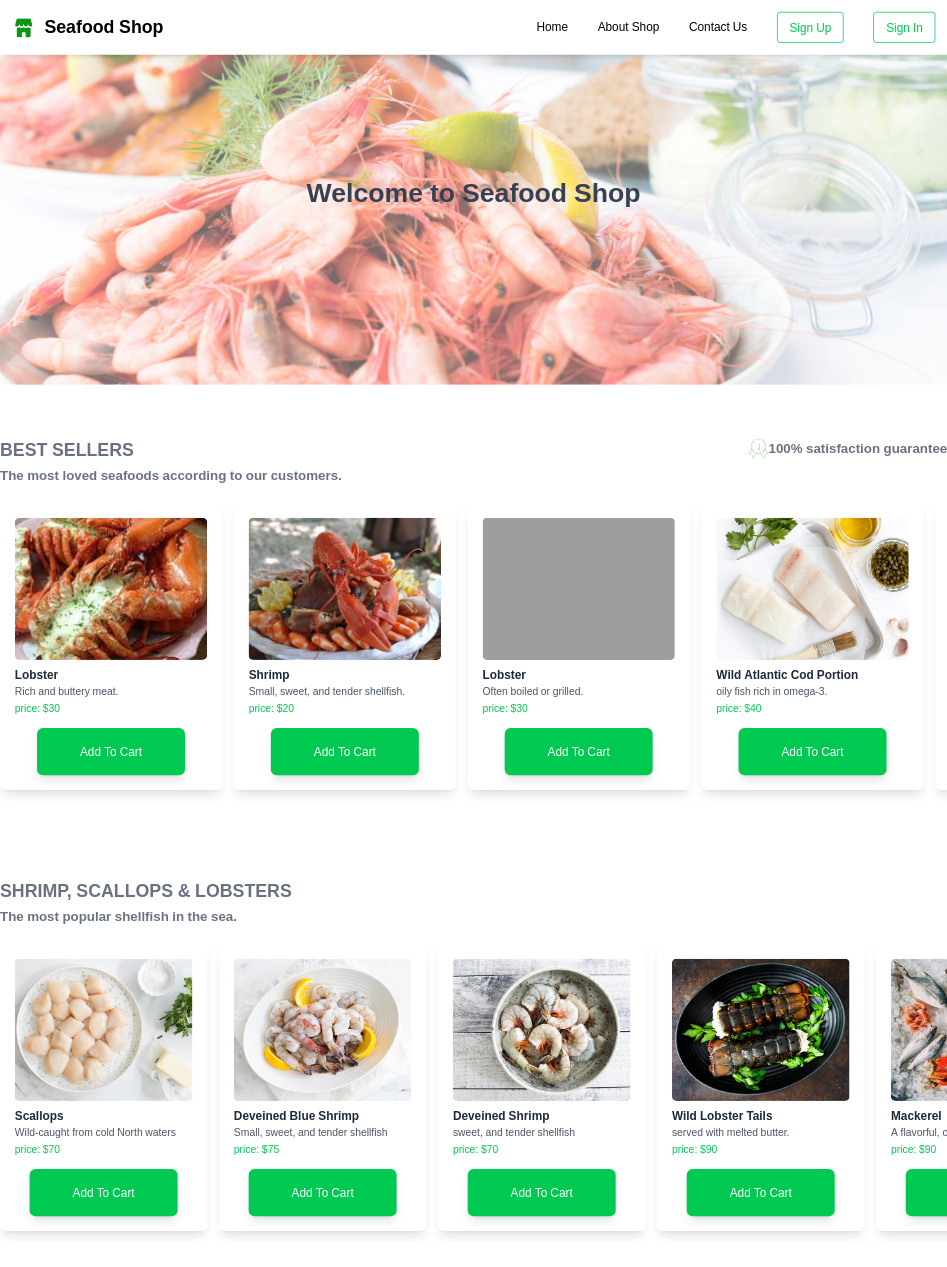
Repository: KongRucifer/SeaFood-Shop
Page: /modules/home/views
These files come from the project's save history. The page is drawn as it stood at one moment and after the next save; the edit follows.
The browser window is 1280 px wide. The pictures show the part of the page from y = 0 to 1712 px (the page is 3316 px tall), at 74% of full size.
Pictures or frames that could not be fetched are drawn as grey boxes. The project was rebuilt for these pictures with package versions that can differ from the ones it lists, and the page was loaded fresh each time. The framework's server and built-in components were replaced by stand-ins that run in the browser. Also part of the build but not shown: next.config.ts.

Above is the page before, as saved 2025-06-25 20:40:31.

### src/app/layout.tsx
import type { Metadata } from "next";
import { Geist, Geist_Mono } from "next/font/google";
import "./globals.css";
import Navbar from "@/app/components/Navbar";
import Footer from "@/app/components/Footer";
import { Noto_Sans_Lao } from 'next/font/google';
 const geistSans = Geist({
  variable: "--font-geist-sans",
  subsets: ["latin"],
});

const geistMono = Geist_Mono({
  variable: "--font-geist-mono",
  subsets: ["latin"],
});
const notoSansLao = Noto_Sans_Lao({
  subsets: ['lao'],
  weight: ['400', '700'],
  variable: '--font-noto-sans-lao',
  display: 'swap',
});
export const metadata: Metadata = {
  title: "ຮ້ານຂາຍອາຫານທະເລ - ໜ້າທຳອິດ | Seafood Shop",
  description:
    "ຮ້ານຂາຍອາຫານທະເລອອນໄລ ໜ້າທຳອິດ ລວມອາຫານທະເລຫຼາກຫຼາຍ ເຊັ່ນ ປາ, ປູ, ກຸ້ງ ແລະ ອາຫານທະເລອື່ນໆ ສາມາດສັ່ງຊື້ໃນເວັບໄຊໄດ້ ມີບໍລິການສົ່ງໄປເຖີງທີ່ ສາມາດເຮັດ ການໂອນເງິນ ທີ່ເວັບໄຊທ໌ຂອງພວກເຮົາ",
  keywords:
    "ອາຫານທະເລ ອອນໄລ, ຮ້ານຂາຍອາຫານທະເລ, ສັ່ງອາຫານທະເລ, ອາຫານທະເລສົ່ງໄວທັນໃຈ",
  authors: [{ name: "kong mong thao" }],
  publisher: "Super Shop SeaFood",
  robots: {
    index: true,
    follow: true,
  },
  openGraph: {
    title: "ຮ້ານຂາຍອາຫານທະເລ - ໜ້າທຳອິດ | Seafood Shop",
    description:
      "ສັ່ງຊື້ອາຫານທະເລ ລາຄາຖືກ ສົ່ງໄວ ທັນໃຈ ສາມາດໂອນເງີນ ປາຍທາງໄດ້",
    url: "http://localhost:3000/images/fish.jpeg",
    siteName: "Seafood Shop",
    locale: "th_TH",
    type: "website",
    images: [
      {
        url: "http://localhost:3000/images/myshopSeafood.jpeg",
        width: 1200,
        height: 630,
        alt: "Food Shop Image",
      },
    ],
  },
  twitter: {
    card: "summary_large_image",
    title: "ຮ້ານຂາຍອາຫານທະເລ - ໜ້າທຳອິດ | Seafood Shop",
    description:
      "ສັ່ງຊື້ອາຫານທະເລ ລາຄາຖືກ ສົ່ງໄວ ທັນໃຈ ມີບໍລິການໂອນເງີນ ປາຍທາງ",
    images: ["http://localhost:3000/images/seafood2.jpeg"],
  },
  alternates: {
    canonical: "https://yourdomain.com/",
  },

}
export const viewport = {
  width: 'device-width',
  initialScale: 1,
};
export default function RootLayout({
  children,
}: Readonly<{
  children: React.ReactNode;
}>) {
  return (
    <html lang="lo" className={notoSansLao.variable}>
      <body
        className={`${geistSans.variable} ${geistMono.variable} antialiased`}
      >
        <Navbar />
        {children}
        <Footer />
      </body>
    </html>
  );
}

### src/app/modules/home/views/page.tsx
import Banner from "@/app/modules/home/components/Banner.component";
import Best_Sellers from "@/app/modules/home/components/Best_Sellers.component";
import Popular_Shellfish from "@/app/modules/home/components/Popular_Shellfish.component";
import Fulton_Finsider from "@/app/modules/home/components/Fulton_Finsider.component";
import Healthy_Meals from "@/app/modules/home/components/Healthy_Meals.component";
export default function Home() {
  return (
    <div className="flex flex-col items-center justify-center ">
      <Banner />
      <Best_Sellers />
      <Popular_Shellfish />
      <Fulton_Finsider />
      <Healthy_Meals />
    </div>
  );
}

### src/app/globals.css
 @import "tailwindcss";
 body {
  font-family: var(--font-noto-sans-lao), sans-serif;
}
@keyframes upDown {
  0% {
    transform: translateY(0);
  }
  50% {
    transform: translateY(-10px);
  }
  100% {
    transform: translateY(0);
  }
}

.hover-updown:hover {
  animation: upDown 1s ease-in-out infinite;
}

### src/app/components/Navbar.tsx
import Link from "next/link";

export default async function Navbar() {
  return (
    <nav className="bg-white border-gray-200 dark:bg-gray-900 shadow-md fixed top-0 left-0 z-50 w-full">
      <div className="container mx-auto">
        <div className=" flex flex-wrap items-center justify-between  p-4">
          <div className="flex items-center">
            <img
              src="/images/lets-icons_shop.png"
              className="h-8 mr-3"
              alt="Seafood Shop Logo"
            />
            <span className="self-center text-2xl font-semibold whitespace-nowrap dark:text-white">
              Seafood Shop
            </span>
          </div>
          <div className="flex justify-center items-center md:order-2 gap-10">
            <Link
              href="/"
              className="-pb-1 border-b-2 border-transparent hover:border-green-500 transition"
            >
              Home
            </Link>
            <Link
              href="/"
              className="-pb-1 border-b-2 border-transparent hover:border-green-500 transition"
            >
              About Shop
            </Link>
            <Link
              href="/"
              className="-pb-1 border-b-2 border-transparent hover:border-green-500 transition"
            >
              Contact Us
            </Link>
            <Link
              href="/"
              className="border border-green-500 text-green-500 px-4 py-2 rounded hover:bg-green-50 transition"
            >
              Sign Up
            </Link>
            <Link
              href="/"
              className="border border-green-500 text-green-500 px-4 py-2 rounded hover:bg-green-50 transition"
            >
              Sign In
            </Link>
          </div>
        </div>
      </div>
    </nav>
  );
}

### src/app/components/Footer.tsx
export default async function Footer() {
  return (
    <footer className="bg-black dark:bg-gray-900">
      <div className="max-w-screen-xl mx-auto container pt-4 pb-4 sm:items-center">
        <div>
          <div className="flex flex-col  md:flex-row justify-between  items-start md:items-center space-y-4 md:space-y-0 md:space-x-8 text-white mb-20 mt-15">
            <div>
              <h3 className="mb-5 text-green-500">FULTON FISH MARKET</h3>
              <div>
                <p className="text-md">
                  Opened in 1822, Lak 52 City's Fulton Fish Market is one of{" "}
                </p>
                <p className="text-md">
                  the oldest fish markets in Laos. We offer the world&apos;s
                </p>
                <p className="text-md">
                  largest assortment of seafood online. Order fresh, healthy,
                  and delicious
                </p>
                <p className="text-md">
                  {" "}
                  seafood directly from the market with next-day delivery to
                  your door.
                </p>
              </div>
            </div>
            <div>
              <h3 className="mb-3 text-green-500 ">LEARN ABOUT US</h3>
              <div>
                <ul>
                  <li className="cursor-pointer hover:text-gray-300 transition">
                    Home
                  </li>
                  <li className="cursor-pointer hover:text-gray-300 transition">
                    About Shop
                  </li>
                  <li className="cursor-pointer hover:text-gray-300 transition">
                    Contact Us
                  </li>
                  <li className="cursor-pointer hover:text-gray-300 transition">
                    Privacy Policy
                  </li>
                  <li className="cursor-pointer hover:text-gray-300 transition">
                    Terms of Service
                  </li>
                </ul>
              </div>
            </div>
            <div className="xl:-mt-10 lg:-mt-10 sm:mt-10 md:-mt-13    ">
              <div className="mb-2 text-green-500 flex items-center gap-1">
                <img
                  src="/images/star.png"
                  alt="no image star"
                  className="-mt-5"
                />
                <h3>SEAFOOD SHOP</h3>
              </div>
              <div>
                <h3 className="mb-5 text-green-500 items-center">Follow us</h3>
                <ul className="flex space-x-4 content-center">
                  <li>
                    <a
                      href="https://www.facebook.com"
                      target="_blank"
                      rel="noopener noreferrer"
                    >
                      <img
                        src="/images/facebook.png"
                        alt="Facebook"
                        className="w-6 h-6"
                      />
                    </a>
                  </li>
                  <li>
                    <a
                      href="https://www.instagram.com"
                      target="_blank"
                      rel="noopener noreferrer"
                    >
                      <img
                        src="/images/instagram.png"
                        alt="Instagram"
                        className="w-6 h-6"
                      />
                    </a>
                  </li>
                  <li>
                    <a
                      href="https://www.twitter.com"
                      target="_blank"
                      rel="noopener noreferrer"
                    >
                      <img
                        src="/images/twitter.png"
                        alt="Twitter"
                        className="w-6 h-6"
                      />
                    </a>
                  </li>
                </ul>
              </div>
            </div>
          </div>
          <div className="text-center text-gray-500 dark:text-gray-400">
            © {new Date().getFullYear()} Seafood Shop. All rights reserved.
          </div>
        </div>
      </div>
    </footer>
  );
}

### src/app/modules/home/components/Banner.component.tsx
import Image from "next/image";
export default async function Banner() {
  return (
    <div className="relative w-full h-130 r overflow-hidden mb-10">
      <img
        src="/images/food.jpg"
        alt="no image seafood"
        className="absolute inset-0 w-full h-full object-cover opacity-60"
      />
      <h1 className="relative z-10 flex items-center justify-center h-full text-4xl font-bold text-gray-700">
        Welcome to Seafood Shop
      </h1>
    </div>
  );
}

### src/app/modules/home/components/Popular_Shellfish.component.tsx
import Image from "next/image";
export default async function Popular_Shellfish() {
  return (
    <div className="container mx-auto py-8">
      <div>
        <h1 className="text-2xl font-bold mb-1 text-gray-500 ">
          SHRIMP, SCALLOPS & LOBSTERS
        </h1>
        <h2 className="text-lg font-bold mb-6 text-gray-500 ">
          The most popular shellfish in the sea.
        </h2>
      </div>
      <div className="flex overflow-x-auto space-x-4 pb-4">
        {/* Card 1 */}
        <div className="w-70 flex-shrink-0 bg-white rounded-lg shadow-lg p-5 transform transition duration-300 hover:scale-105">
          <div>
            <img
              src="/images/content3food.webp"
              alt="Seafood Dish 1"
              className="w-full h-48 object-cover rounded-md transition-transform duration-500 ease-in-out group-hover:scale-105"
            />
          </div>
          <div className="mt-2">
            <h4 className="font-semibold text-gray-800">Scallops</h4>
            <p className="text-sm text-gray-600">
              Wild-caught from cold North waters
            </p>
            <p className="text-sm text-green-500 mt-1">price: $70</p>
          </div>
          <div className="flex justify-center mt-4">
            <button className="min-w-[200px] flex-shrink-0  rounded-lg shadow-lg p-5 cursor-pointer bg-green-500 hover:bg-green-700 text-white transform transition duration-300 hover:scale-105">
              Add To Cart
            </button>
          </div>
        </div>

        {/* Card 2 */}
        <div className="w-70 flex-shrink-0 bg-white rounded-lg shadow-lg p-5 transform transition duration-300 hover:scale-105">
          <div>
            <img
              src="/images/content3foodd.webp"
              alt="Seafood Dish 2"
              className="w-full h-48 object-cover rounded-md"
            />
          </div>
          <div className="mt-2">
            <h4 className="font-semibold text-gray-800">
              {" "}
              Deveined Blue Shrimp
            </h4>
            <p className="text-sm text-gray-600">
              Small, sweet, and tender shellfish
            </p>
            <p className="text-sm text-green-500 mt-1">price: $75</p>
          </div>
          <div className="flex justify-center mt-4">
            <button className="min-w-[200px] flex-shrink-0  rounded-lg shadow-lg p-5 cursor-pointer bg-green-500 hover:bg-green-700 text-white transform transition duration-300 hover:scale-105">
              Add To Cart
            </button>
          </div>
        </div>

        {/* Card 3 */}
        <div className="w-70 flex-shrink-0 bg-white rounded-lg shadow-lg p-5 transform transition duration-300 hover:scale-105">
          <div>
            <img
              src="/images/content3fooddd.jpg"
              alt="Seafood Dish 3"
              className="w-full h-48 object-cover rounded-md"
            />
          </div>
          <div className="mt-2">
            <h4 className="font-semibold text-gray-800"> Deveined Shrimp</h4>
            <p className="text-sm text-gray-600">sweet, and tender shellfish</p>
            <p className="text-sm text-green-500 mt-1">price: $70</p>
          </div>
          <div className="flex justify-center mt-4">
            <button className="min-w-[200px] flex-shrink-0  rounded-lg shadow-lg p-5 cursor-pointer bg-green-500 hover:bg-green-700 text-white transform transition duration-300 hover:scale-105">
              Add To Cart
            </button>
          </div>
        </div>
        {/* Card 4 */}

        <div className="w-70 flex-shrink-0 bg-white rounded-lg shadow-lg p-5 transform transition duration-300 hover:scale-105">
          <div>
            <img
              src="/images/content3fooddt.webp"
              alt="Seafood Dish 3"
              className="w-full h-48 object-cover rounded-md"
            />
          </div>
          <div className="mt-2">
            <h4 className="font-semibold text-gray-800">Wild Lobster Tails</h4>
            <p className="text-sm text-gray-600">served with melted butter.</p>
            <p className="text-sm text-green-500 mt-1">price: $90</p>
          </div>
          <div className="flex justify-center mt-4">
            <button className="min-w-[200px] flex-shrink-0  rounded-lg shadow-lg p-5 cursor-pointer bg-green-500 hover:bg-green-700 text-white transform transition duration-300 hover:scale-105">
              Add To Cart
            </button>
          </div>
        </div>
        {/* Card 5 */}

        <div className="w-70 flex-shrink-0 bg-white rounded-lg shadow-lg p-5 transform transition duration-300 hover:scale-105">
          <div>
            <img
              src="/images/seafood2.jpeg"
              alt="Seafood Dish 3"
              className="w-full h-48 object-cover rounded-md"
            />
          </div>
          <div className="mt-2">
            <h4 className="font-semibold text-gray-800">Mackerel</h4>
            <p className="text-sm text-gray-600">
              A flavorful, oily fish rich in omega-3
            </p>
            <p className="text-sm text-green-500 mt-1">price: $90</p>
          </div>
          <div className="flex justify-center mt-4">
            <button className="min-w-[200px] flex-shrink-0  rounded-lg shadow-lg p-5 cursor-pointer bg-green-500 hover:bg-green-700 text-white transform transition duration-300 hover:scale-105">
              Add To Cart
            </button>
          </div>
        </div>
      </div>
    </div>
  );
}

### src/app/modules/home/components/Fulton_Finsider.component.tsx
import Image from "next/image";
export default async function Fulton_Finsider() {
  return (
    <div className="relative w-full h-[40rem] overflow-hidden mb-10">
      <div>
        <img
          src="/images/celender2.png"
          alt="Seafood background"
          className="absolute  w-full h-full object-cover"
        />
      </div>

      <div className="relative z-10 flex flex-col md:flex-row items-center justify-start h-full text-center px-4 md:px-10 text-gray-800 bg-black/30 ">
        <div className="max-w-sm  rounded-xl p-6 m-4 shadow-lg">
          <div className="w-20 h-20 bg-white rounded-full flex items-center justify-center mx-auto mb-4 shadow ">
            <img
              src="/images/puss.png"
              alt="Seafood Icon"
              className="w-12 h-12 hover-updown"
            />
          </div>
          <h2 className="text-xl font-semibold mb-2">Dive In & Explore</h2>
          <p className="text-sm mb-2 text-gray-300">
            Craving buttery scallops, sushi-grade tuna, or wild-caught salmon?
            We’ve got the best, chef-quality seafood ready for your table!
          </p>
          <p className="text-sm mb-4 font-medium text-white">
            Pro Tip: Not sure what to try first?
          </p>
          <button className="px-4 py-2 bg-white border border-gray-300 text-gray-600 rounded hover:bg-gray-100 transition">
            OUR BEST SELLERS
          </button>
        </div>

        <div className="max-w-sm  rounded-xl p-6 m-4 shadow-lg">
          <div className="w-20 h-20 bg-white rounded-full flex items-center justify-center mx-auto mb-4 shadow ">
            <img
              src="/images/pass.png"
              alt="Seafood Icon"
              className="w-12 h-12 hover-updown"
            />
          </div>
          <h2 className="text-xl font-semibold mb-2">Make Your Catch</h2>
          <p className="text-sm mb-2 text-gray-300">
            Love fresh seafood? Set it and forget it! Subscribe for savings, VIP
            perks, and exclusive gifts—no effort required!
          </p>
          <p className="text-sm mb-4 font-medium text-white">
            Save 15% or more on every order!
          </p>
          <button className="px-4 py-2 bg-white border border-gray-300 text-gray-600 rounded hover:bg-gray-100 transition">
            SUBSCRIBE & SAVE
          </button>
        </div>

        <div className="max-w-sm  rounded-xl p-6 m-4 shadow-lg">
          <div className="w-20 h-20 bg-white rounded-full flex items-center justify-center mx-auto mb-4 shadow ">
            <img
              src="/images/puss.png"
              alt="Seafood Icon"
              className="w-12 h-12 hover-updown"
            />
          </div>
          <h2 className="text-xl font-semibold mb-2">Reel It In</h2>
          <p className="text-sm mb-2 text-gray-300">
            Our seafood ships fast, freshly-frozen, and packed with care in
            eco-friendly materials. No more guessing how long that store-bought
            fish has been hanging around!
          </p>
          <p className="text-sm mb-4 font-medium text-white">
            Worried about cooking? Don’t be!
          </p>
          <button className="px-4 py-2 bg-white border border-gray-300 text-gray-600 rounded hover:bg-gray-100 transition">
            TIPS & RECIPES
          </button>
        </div>
      </div>
    </div>
  );
}

Loaded but not shown: src/app/modules/home/components/Best_Sellers.component.tsx (137 lines, source omitted); src/app/modules/home/components/Healthy_Meals.component.tsx (134 lines, source omitted)

After the next save:
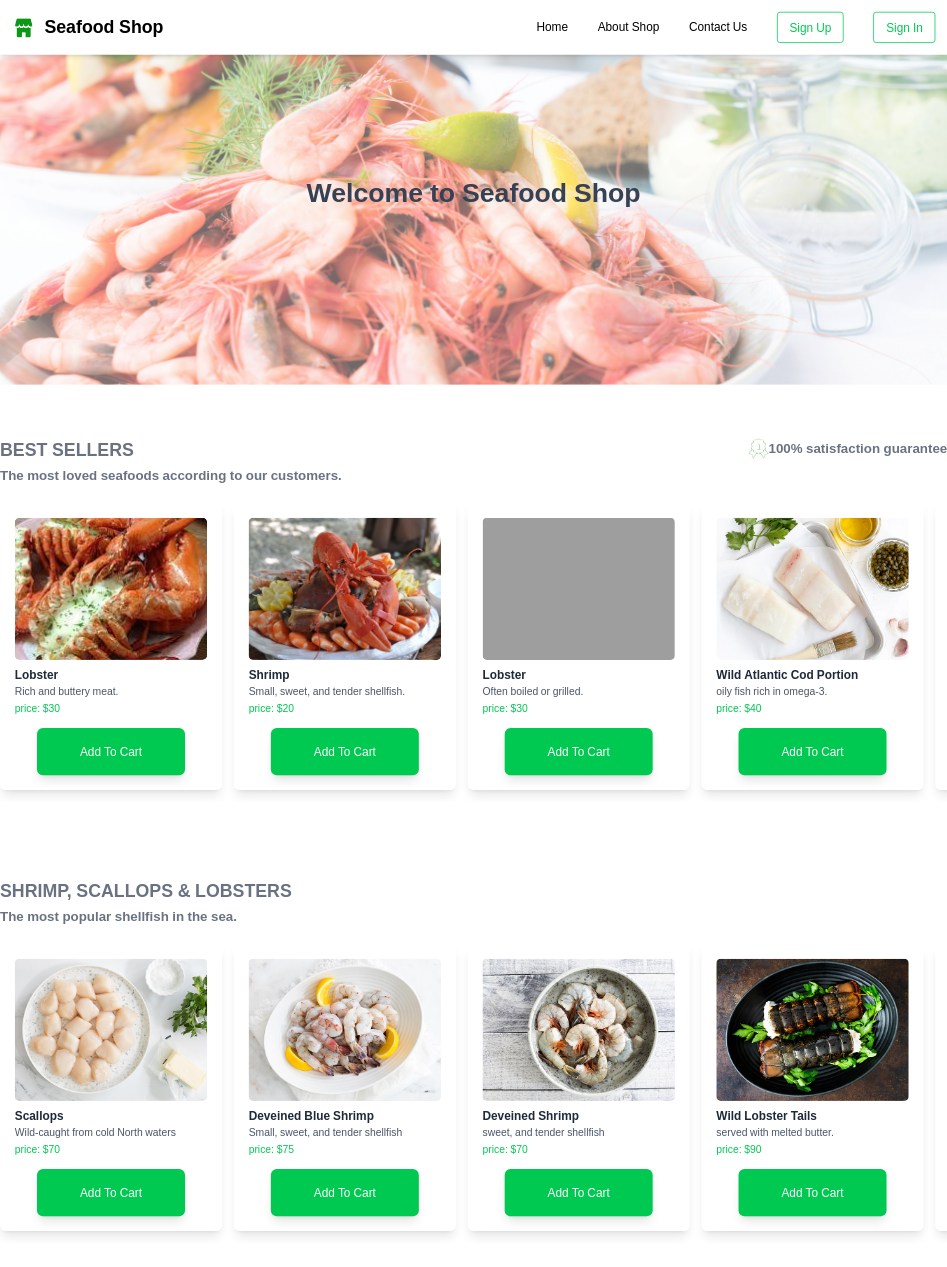
Saved 59 s later.
--- a/src/app/modules/home/components/Popular_Shellfish.component.tsx
+++ b/src/app/modules/home/components/Popular_Shellfish.component.tsx
@@ -12,7 +12,7 @@ export default async function Popular_Shellfish() {
       </div>
       <div className="flex overflow-x-auto space-x-4 pb-4">
         {/* Card 1 */}
-        <div className="w-70 flex-shrink-0 bg-white rounded-lg shadow-lg p-5 transform transition duration-300 hover:scale-105">
+        <div className="w-75 flex-shrink-0 bg-white rounded-lg shadow-lg p-5 transform transition duration-300 hover:scale-105">
           <div>
             <img
               src="/images/content3food.webp"
@@ -35,7 +35,7 @@ export default async function Popular_Shellfish() {
         </div>
 
         {/* Card 2 */}
-        <div className="w-70 flex-shrink-0 bg-white rounded-lg shadow-lg p-5 transform transition duration-300 hover:scale-105">
+        <div className="w-75 flex-shrink-0 bg-white rounded-lg shadow-lg p-5 transform transition duration-300 hover:scale-105">
           <div>
             <img
               src="/images/content3foodd.webp"
@@ -61,7 +61,7 @@ export default async function Popular_Shellfish() {
         </div>
 
         {/* Card 3 */}
-        <div className="w-70 flex-shrink-0 bg-white rounded-lg shadow-lg p-5 transform transition duration-300 hover:scale-105">
+        <div className="w-75 flex-shrink-0 bg-white rounded-lg shadow-lg p-5 transform transition duration-300 hover:scale-105">
           <div>
             <img
               src="/images/content3fooddd.jpg"
@@ -82,7 +82,7 @@ export default async function Popular_Shellfish() {
         </div>
         {/* Card 4 */}
 
-        <div className="w-70 flex-shrink-0 bg-white rounded-lg shadow-lg p-5 transform transition duration-300 hover:scale-105">
+        <div className="w-75 flex-shrink-0 bg-white rounded-lg shadow-lg p-5 transform transition duration-300 hover:scale-105">
           <div>
             <img
               src="/images/content3fooddt.webp"
@@ -103,7 +103,7 @@ export default async function Popular_Shellfish() {
         </div>
         {/* Card 5 */}
 
-        <div className="w-70 flex-shrink-0 bg-white rounded-lg shadow-lg p-5 transform transition duration-300 hover:scale-105">
+        <div className="w-75 flex-shrink-0 bg-white rounded-lg shadow-lg p-5 transform transition duration-300 hover:scale-105">
           <div>
             <img
               src="/images/seafood2.jpeg"
